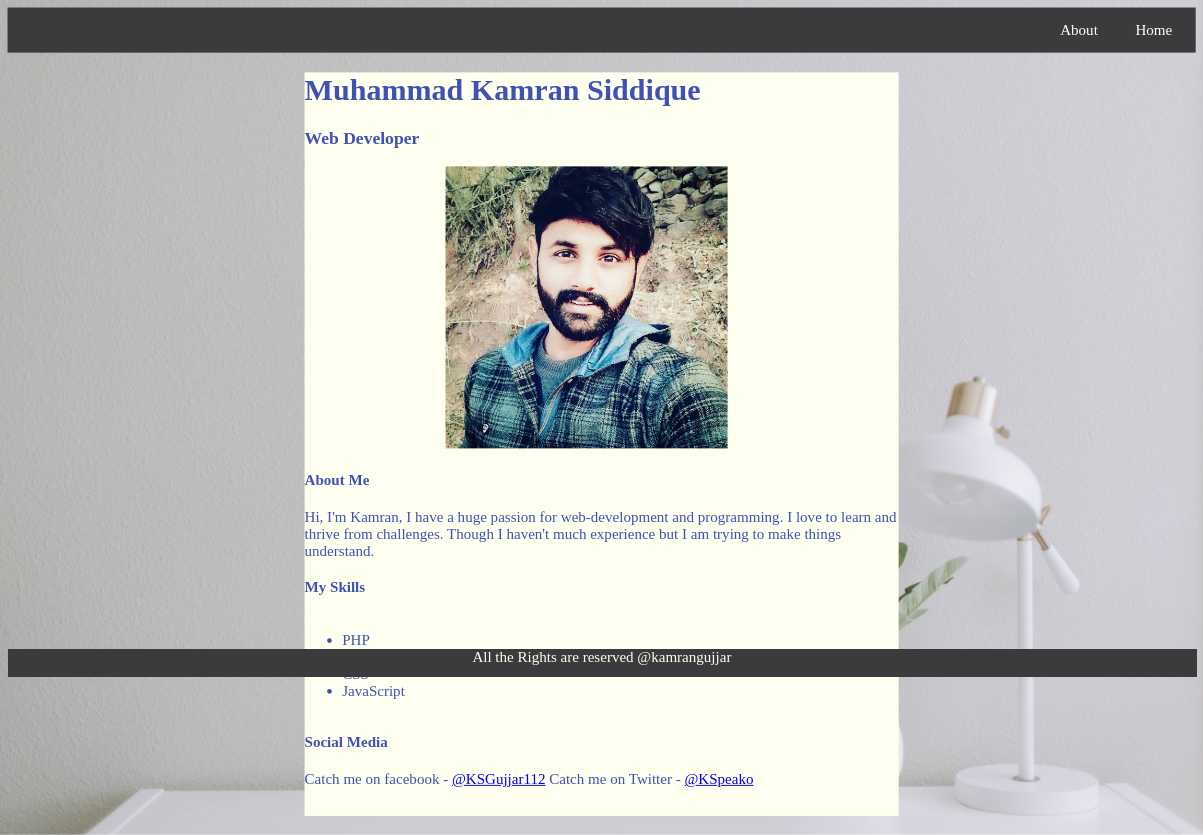
Repository: Kamrangujjar85112/Length-Converter
Page: html/about.html
An editor plug-in stored every save of this project. The page is shown before and after the next save, followed by the edit.
The browser window is 1280 px wide. The pictures show the whole page, at 94% of full size.
Backgrounds fixed to the window are drawn as part of the page.

Above is the page before, as saved 2022-01-21 22:57:10.

After the next save:
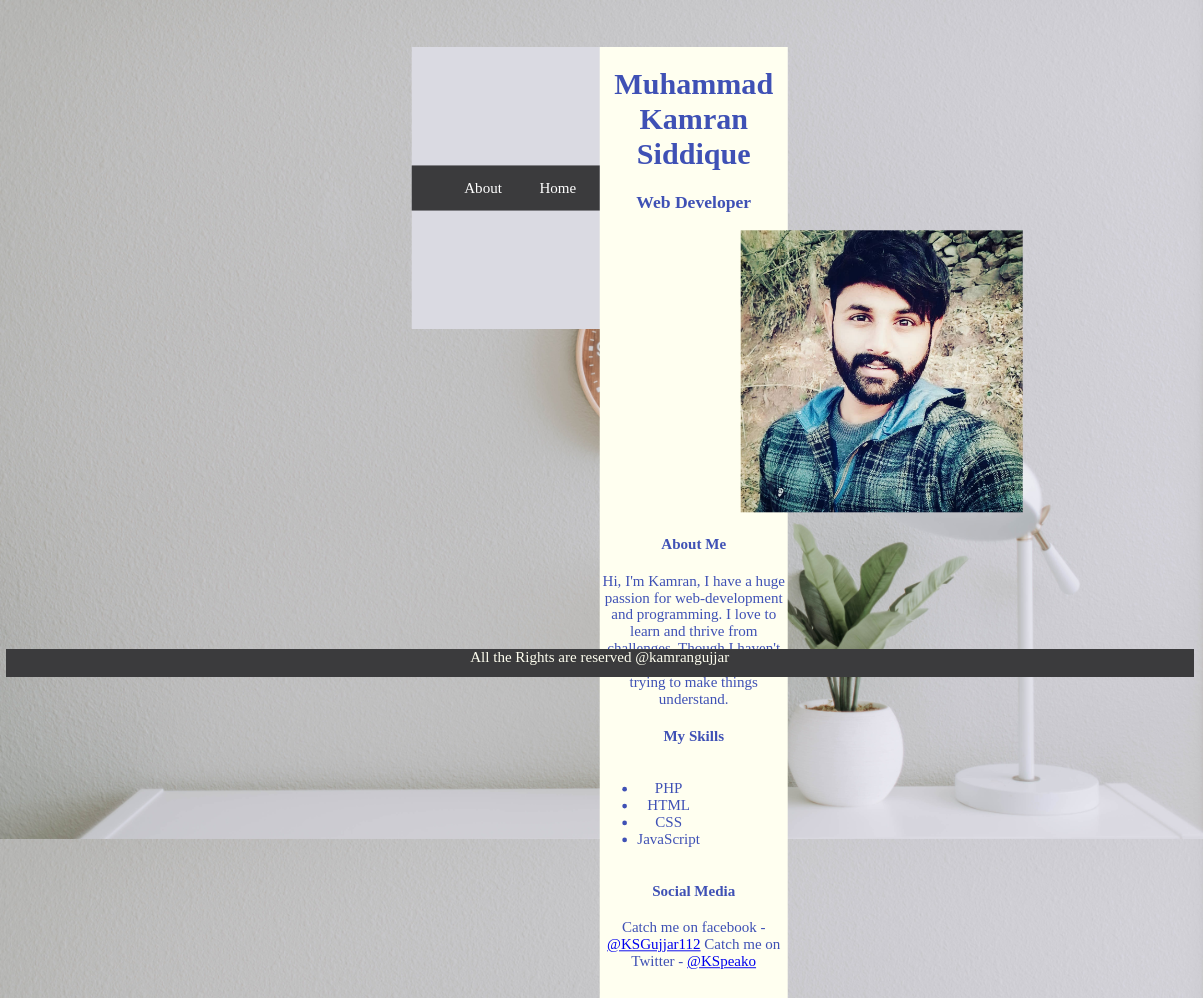
Saved 23 s later.
--- a/css/style.css
+++ b/css/style.css
@@ -106,3 +106,14 @@ button{
     background-color: rgb(218, 218, 226);
     text-align: center;
   }
+  .about-flex-container {
+    margin-top: 50px;
+    margin-left: 430px;
+    display: flex;
+    justify-content: center;
+    align-items: center;
+    height: 300px;
+    width: 400px;
+    background-color: rgb(218, 218, 226);
+    text-align: center;
+  }
